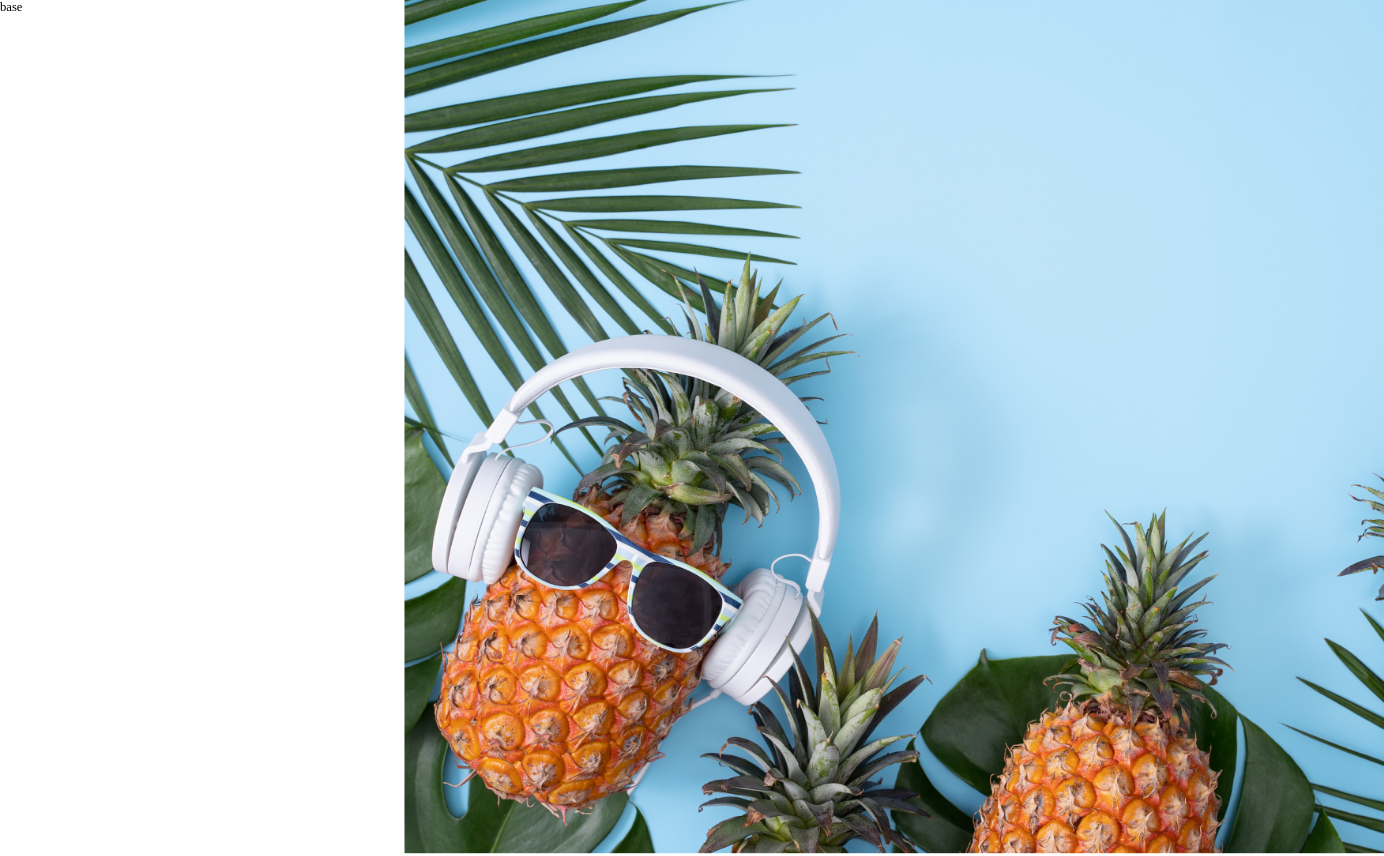
Repository: PaulsBebris/megabit-task
Page: /
These files come from the project's save history. The page is drawn as it stood at one moment and after the next save; the edit follows.
The browser window is 1280 px wide. The page is 1752 px wide, then 1280 px, then 1752 px, so the pictures cover 1752 px, including what lies to the right of the window. The pictures show the whole page, at 79% of full size.
The project was rebuilt for these pictures with package versions that can differ from the ones it lists, and the page was loaded fresh each time.

Above is the page before, as saved 2021-04-18 18:19:03.

After the next save:
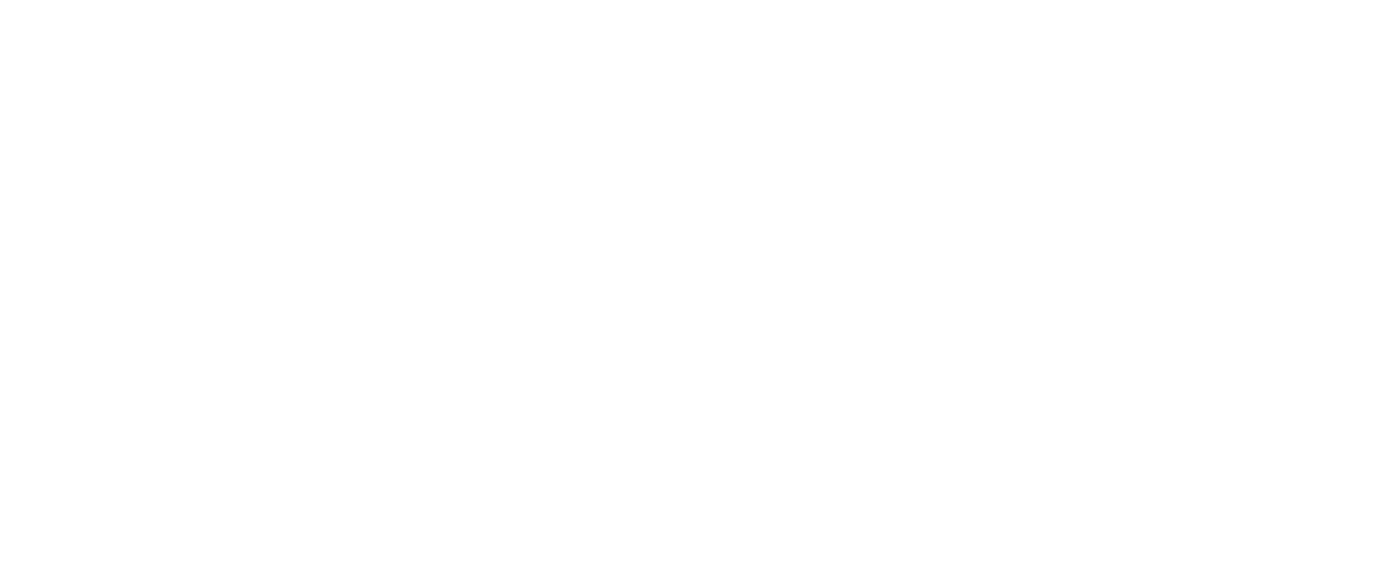
Console error: ReferenceError: onSbscrib is not defined
Saved 27 min 48 s later.
--- a/src/views/Home.vue
+++ b/src/views/Home.vue
@@ -1,6 +1,27 @@
 <template>
   <div class="home">
-    <div class="base">base</div>
+    <div class="base">
+      <div class="header-wrapper">
+        <div class="logo">
+          <img src="" alt="">
+          <span>pineapple</span>
+        </div>
+        <div class="main-menu">
+          <div>About</div>
+          <div>How it works</div>
+          <div>Contact</div>
+        </div>
+      </div>
+      <div class="content-wrapper">
+        <h3>Subscribe to newsletter</h3>
+        <p>Subscribe to our newletter and get a 10% discount on pineapple glasses</p>
+      </div>
+      <div class="subscribe-form-wrapper">
+        <input type="text" placeholder="type your email here" @click="onSubscribe" v-model="email" >
+      </div>
+      <div class="terms-of-use"></div>
+      <div class="social-wrapper"></div>
+    </div>
     <div class="base-image">
       <img :src=sommer alt="">
     </div>
@@ -15,8 +36,12 @@
   components: {},
   data () {
     return {
-      sommer
+      sommer,
+      email: ''
     }
+  },
+  methods: {
+    onSbscrib
   }
 }
 </script>

After the save that followed:
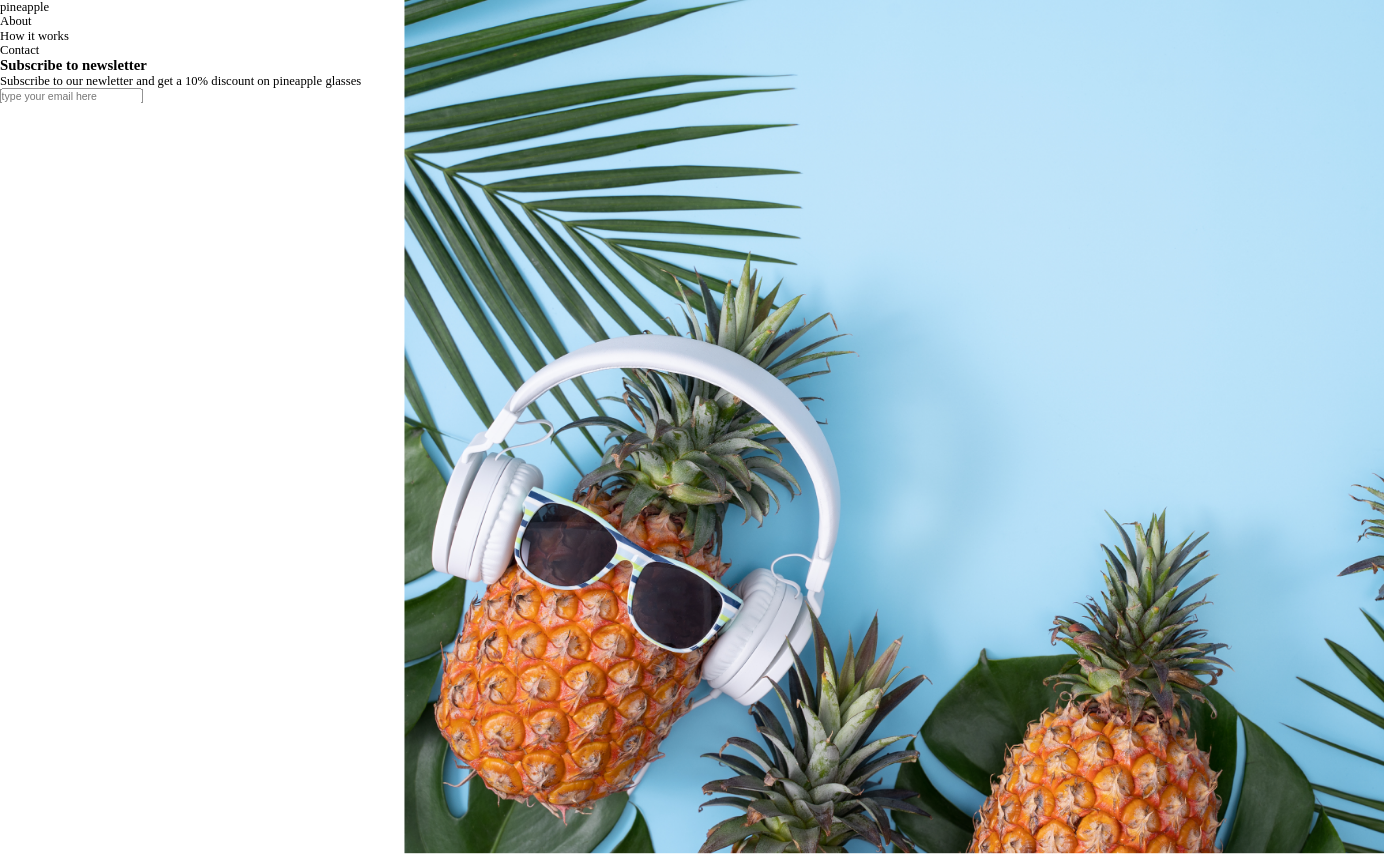
The error is gone.
Saved 40 s later.
--- a/src/views/Home.vue
+++ b/src/views/Home.vue
@@ -41,7 +41,9 @@
     }
   },
   methods: {
-    onSbscrib
+    onSubscribe () {
+      // axios send data
+    }
   }
 }
 </script>
